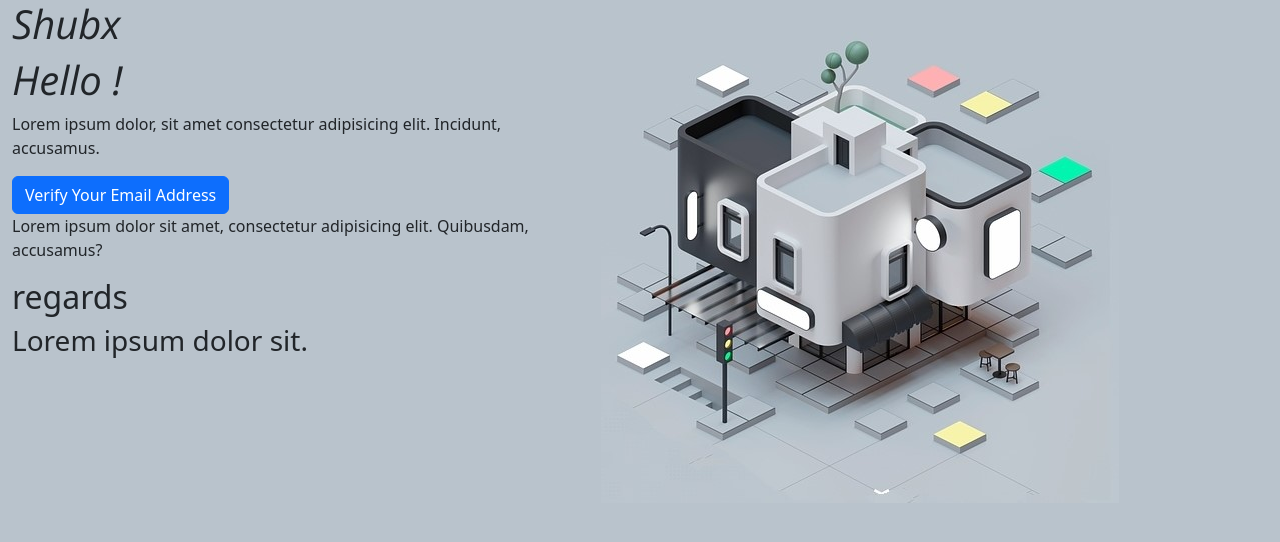
Repository: Aayush919/taskui
Page: index.html
The author's editor kept a copy of each file at every save. The page is drawn from the files as they stood at one save, then again after a run of saves.
The browser window is 1280 px wide. The pictures show the whole page.

Above is the page before, as saved 2024-01-12 14:49:49.

### index.html
<!DOCTYPE html>
<html lang="en">

<head>
    <meta charset="utf-8">
    <meta name="viewport" content="width=device-width, initial-scale=1">
    <title>Bootstrap demo</title>
    <link href="https://cdn.jsdelivr.net/npm/bootstrap@5.3.2/dist/css/bootstrap.min.css" rel="stylesheet"
        integrity="sha384-T3c6CoIi6uLrA9TneNEoa7RxnatzjcDSCmG1MXxSR1GAsXEV/Dwwykc2MPK8M2HN" crossorigin="anonymous">
    <link rel="stylesheet" href="style.css">
    <style>
        .right img {
            max-width: 100%;
            height: auto;
        }
    </style>
</head>

<body >

    <div class="bg-light custom-bg">
    <div class="container-fluid custom-bg">
        <div class="row">
            <div class="col-lg-6 left">
                <div class="top">
                    <h1 class="title">Shubx</h1>
                    <h1 class="hello">Hello !</h1>
                    <p>Lorem ipsum dolor, sit amet consectetur adipisicing elit. Incidunt, accusamus.</p>
                    <button class="btn btn-primary">Verify Your Email Address</button>
                    <p>Lorem ipsum dolor sit amet, consectetur adipisicing elit. Quibusdam, accusamus?</p>
                    <h2>regards</h2>
                    <h3>Lorem ipsum dolor sit.</h3>
                </div>
            </div>
            <div class="col-lg-6 right">
                <img src="./bg.jpg" alt="Background Image" class="img-fluid">
            </div>
        </div>
    </div>
    </div>

    <script src="https://cdn.jsdelivr.net/npm/bootstrap@5.3.2/dist/js/bootstrap.bundle.min.js"
        integrity="sha384-C6RzsynM9kWDrMNeT87bh95OGNyZPhcTNXj1NW7RuBCsyN/o0jlpcV8Qyq46cDfL"
        crossorigin="anonymous"></script>
</body>

</html>

### style.css
@import url('https://fonts.googleapis.com/css2?family=Open+Sans:ital,wght@1,300&display=swap');


* {
    margin: 0;
    padding: 0;
    box-sizing: border-box;

}


html,
body {
    height: 100%;
    width: 100%;

}

.custom-bg {
    background-color: #B9C3CC;
    min-height: 100vh;
    width: 100%;
    display: flex;
    justify-content: space-between;


}

.title{
    font-family: 'Open Sans', sans-serif;
}

.hello{
    font-family: 'Open Sans',sans-serif;
}

After the next 3 saves:
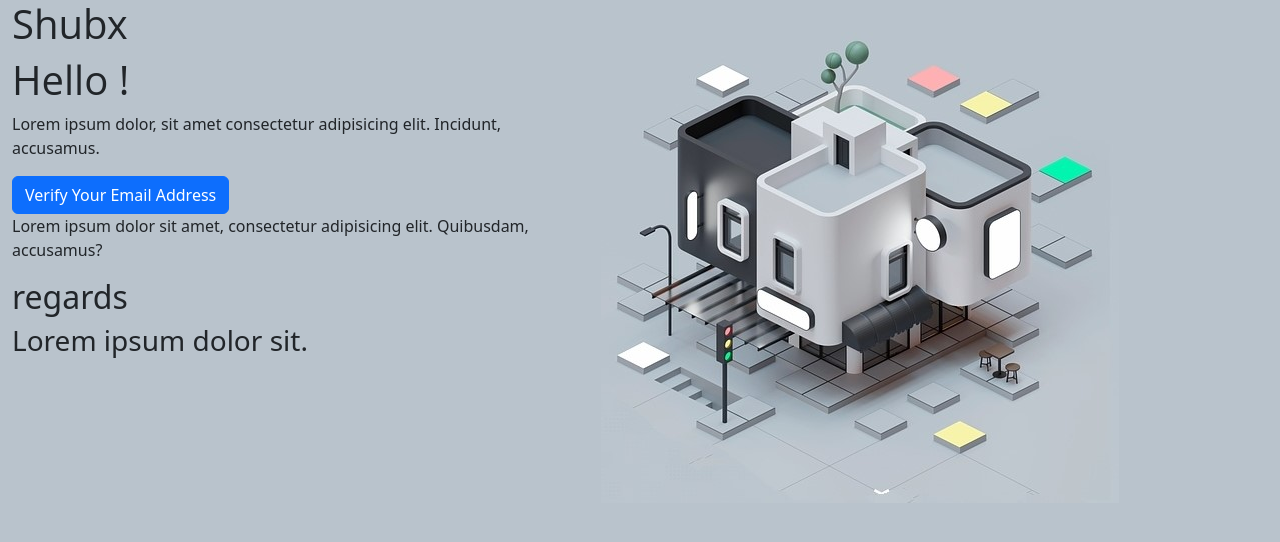
The 3 saves are shown as one change because they came seconds apart.
The last was saved 41 s later.
--- a/style.css
+++ b/style.css
@@ -1,4 +1,5 @@
-@import url('https://fonts.googleapis.com/css2?family=Open+Sans:ital,wght@1,300&display=swap');
+>@import url('https://fonts.googleapis.com/css2?family=Open+Sans:ital,wght@1,300&display=swap');
+
 
 
 * {

After the save that followed:
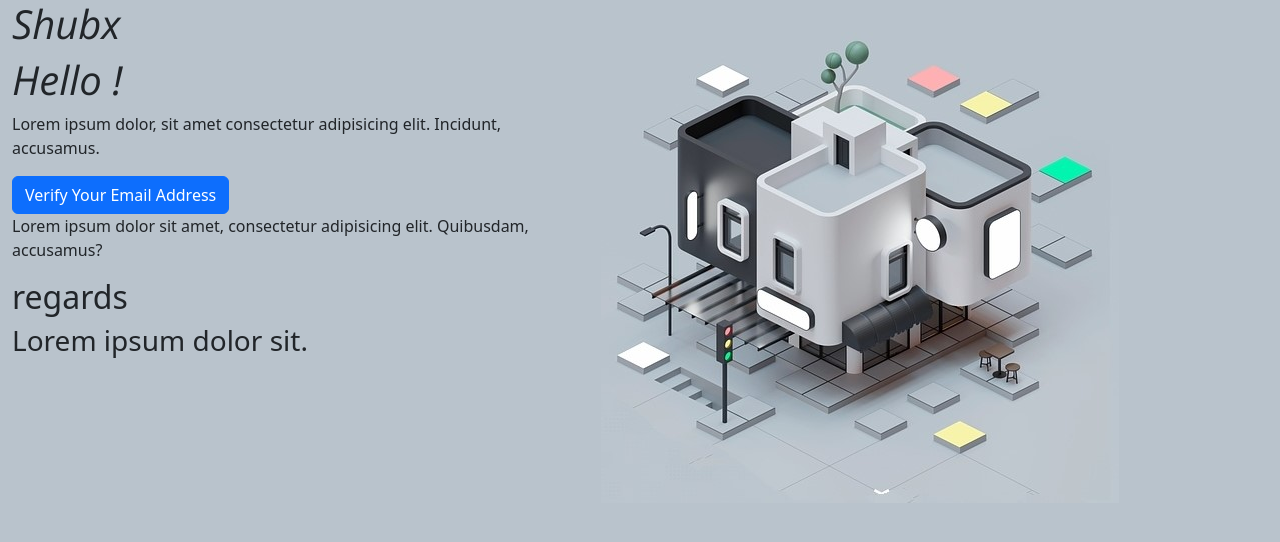
Saved 15 s later.
--- a/style.css
+++ b/style.css
@@ -1,4 +1,4 @@
->@import url('https://fonts.googleapis.com/css2?family=Open+Sans:ital,wght@1,300&display=swap');
+@import url('https://fonts.googleapis.com/css2?family=Open+Sans:ital,wght@1,300&display=swap');
 
 
 
